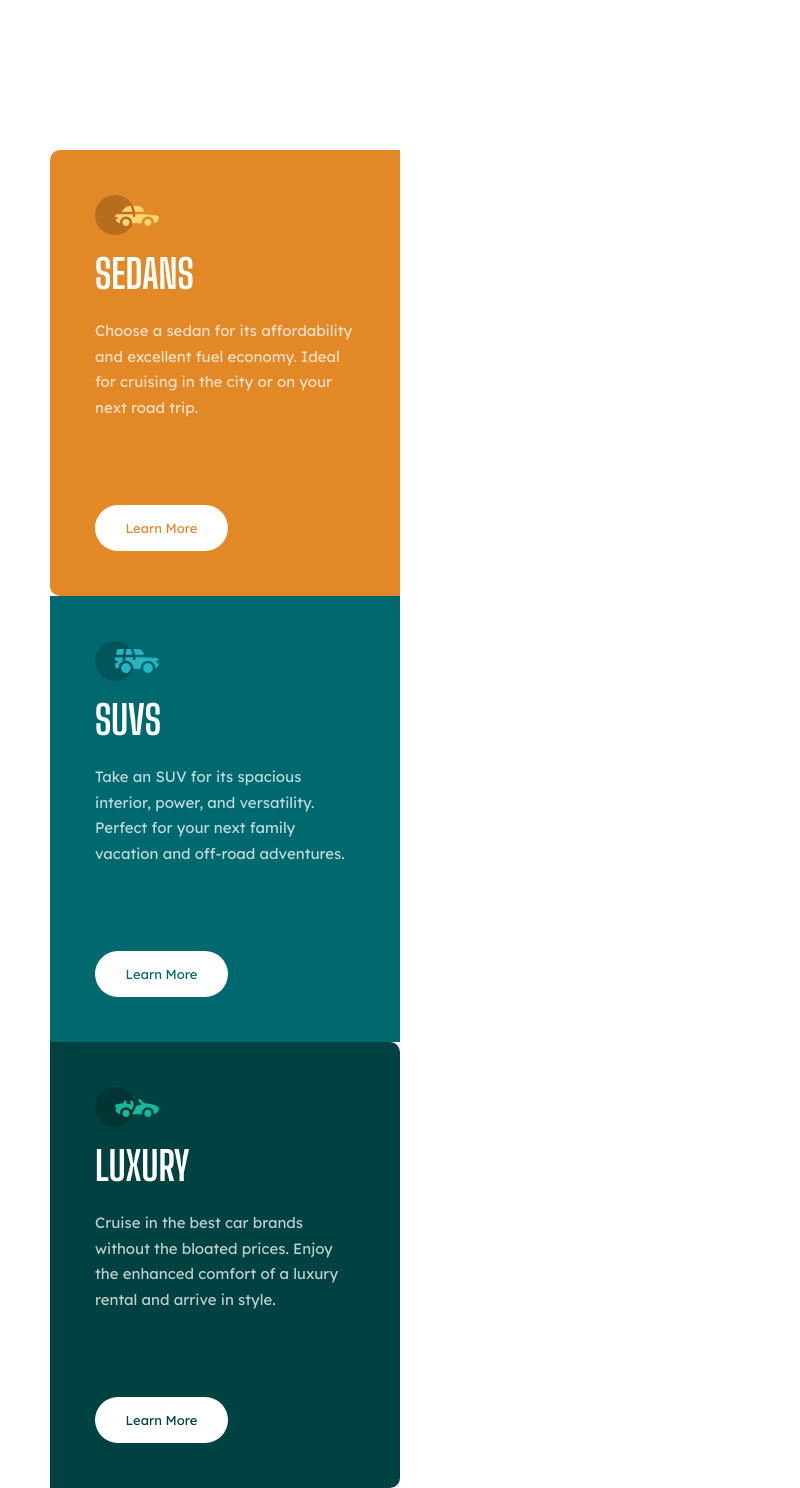
Repository: KamoliddinGIT/column-preview-card
Page: index.html
An editor plug-in stored every save of this project. The page is shown before and after a run of saves, followed by the edit.
The browser window is 768 px wide. The page is 800 px wide, then 768 px, so the pictures cover 800 px, including what lies to the right of the window. The pictures show the whole page.

Above is the page before, as saved 2023-09-15 16:56:11.

After the next 2 saves:
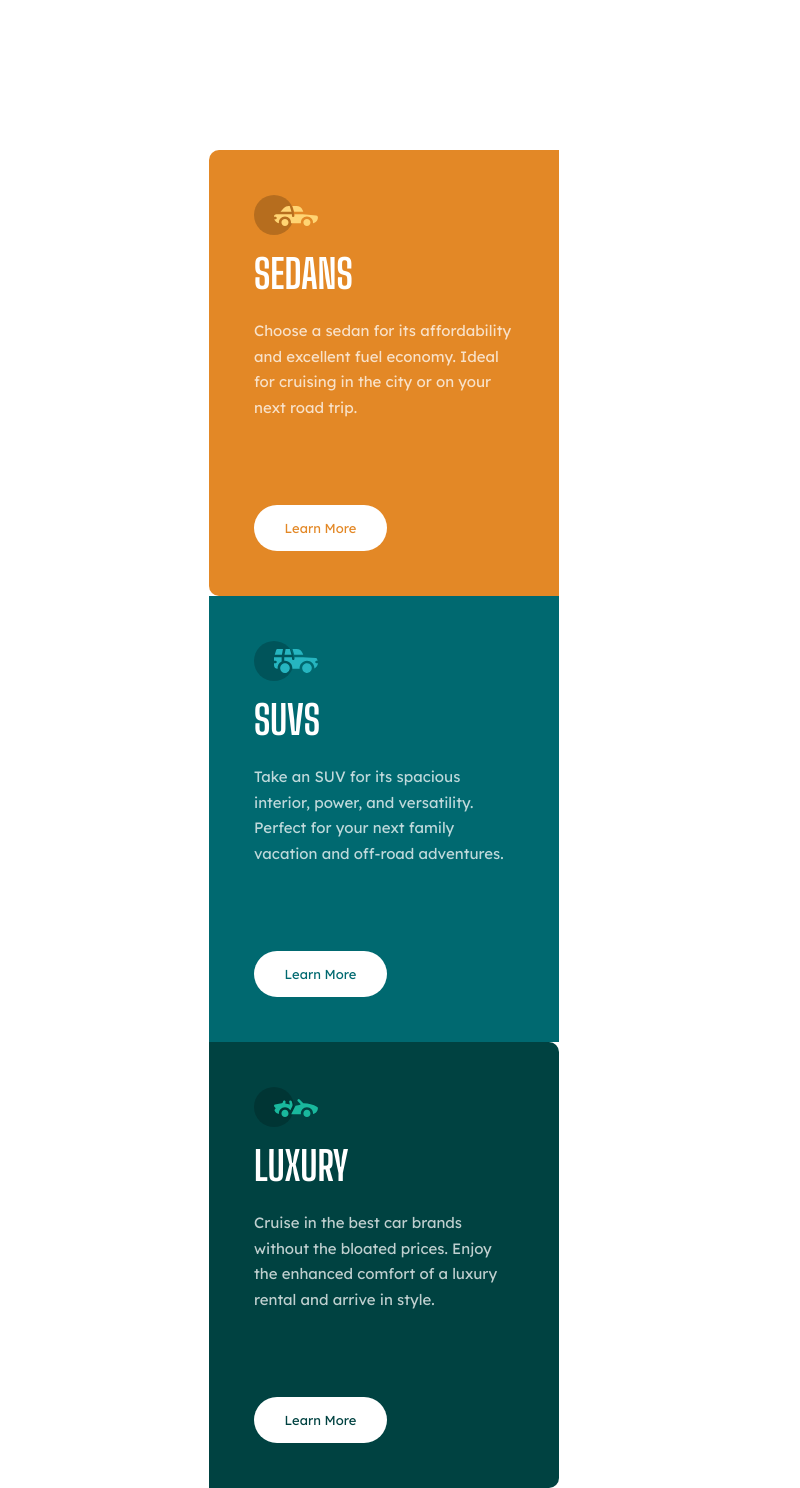
The 2 saves are shown as one change because they came seconds apart.
The last was saved 46 s later.
--- a/css/style.css
+++ b/css/style.css
@@ -176,12 +176,12 @@
 
 @media only screen and (max-width: 800px) {
   body {
-    width: 800px;
     display: flex;
     justify-content: center;
     align-items: center;
   }
   .container {
+    align-items: center;
     flex-direction: column;
   }
 }
